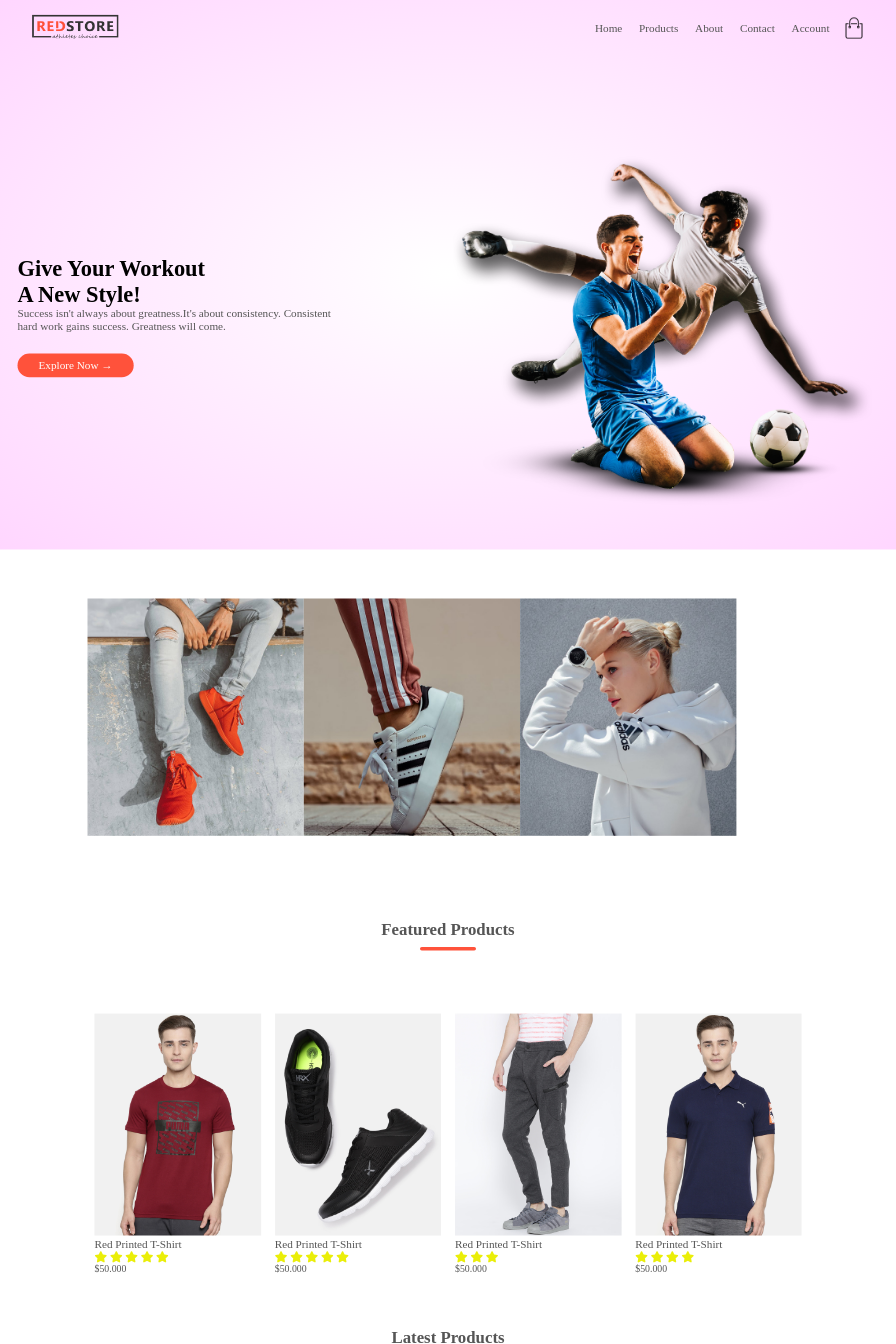
Repository: tuan21052000/Frontend
Page: index.html
An editor plug-in stored every save of this project. The page is shown before and after the next save, followed by the edit.
The browser window is 1280 px wide. The pictures show the part of the page from y = 0 to 1920 px (the page is 4022 px tall before and 3952 px after), at 70% of full size.

Above is the page before, as saved 2022-05-06 23:00:50.

After the next save:
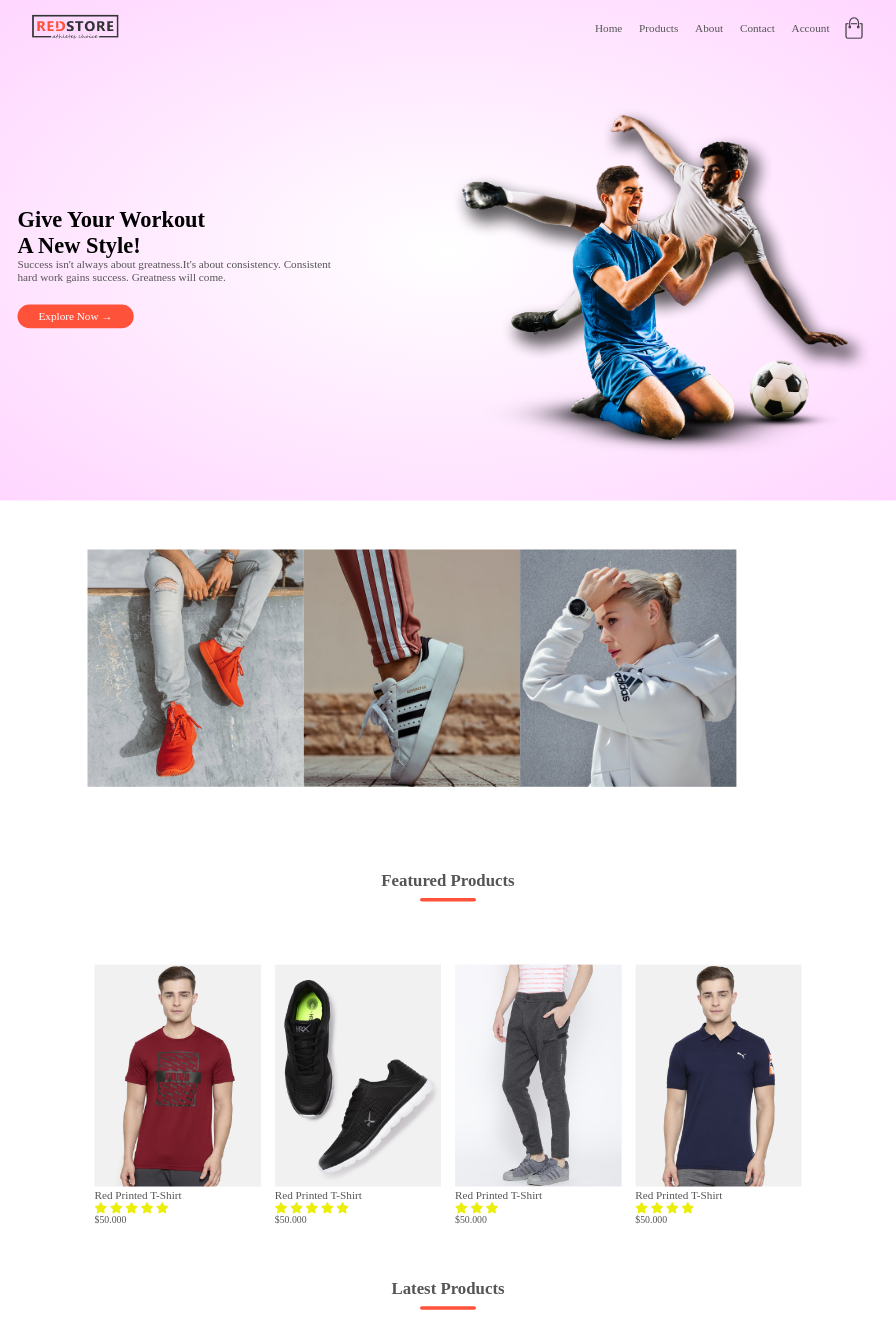
Saved 25 s later.
--- a/style.css
+++ b/style.css
@@ -62,9 +62,9 @@
 .header {
     background: radial-gradient(#fff,#ffd6ff);
 }
-.header .row{
+/* .header .row{
    margin-top: 70px;
-}
+} */
 .categories {
     margin: 70px 0;
 }

After the save that followed:
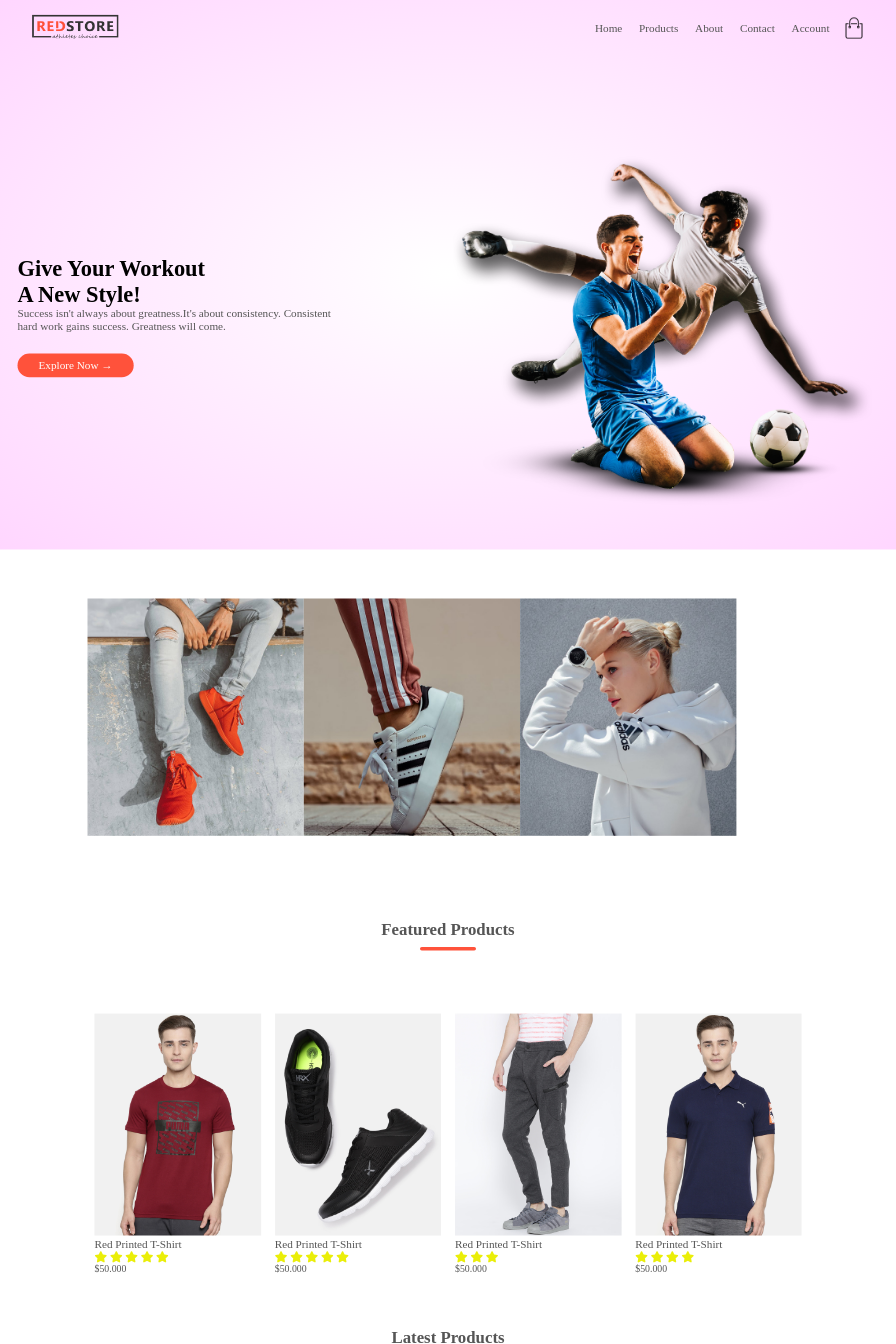
Saved 6 s later.
--- a/style.css
+++ b/style.css
@@ -62,9 +62,9 @@
 .header {
     background: radial-gradient(#fff,#ffd6ff);
 }
-/* .header .row{
+.header .row{
    margin-top: 70px;
-} */
+}
 .categories {
     margin: 70px 0;
 }
